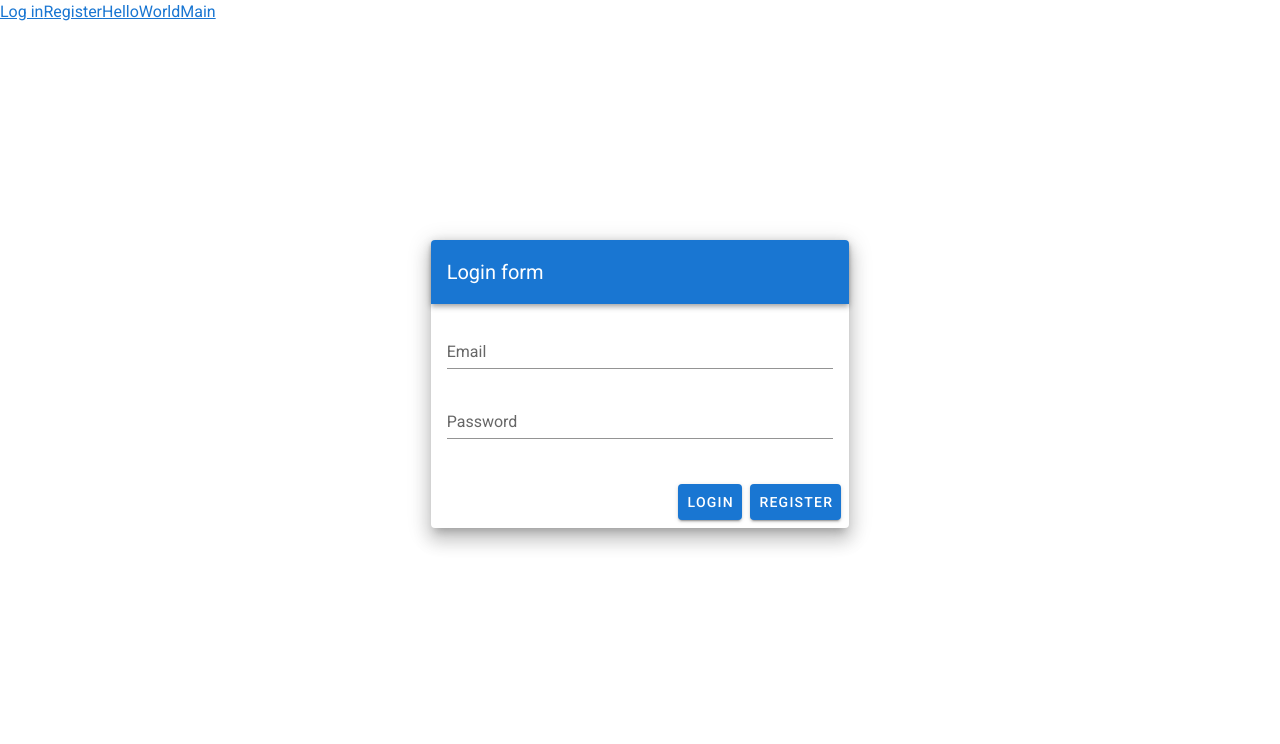
Repository: pao741/vue-todo
Page: /#/HelloWorld
These files come from the project's save history. The page is drawn as it stood at one moment and after the next save; the edit follows.
The browser window is 1280 px wide. The pictures show the whole page.
The project was rebuilt for these pictures with package versions that can differ from the ones it lists, and the page was loaded fresh each time. Also part of the build but not shown: vue.config.js.

Above is the page before, as saved 2021-02-08 19:18:50.

### src/main.js
import Vue from 'vue';
// import Vuex from 'vuex';
// import VueRouter from 'vue-router';
import App from './App.vue';
import vuetify from './plugins/vuetify';
import firebase from './plugins/firebase';
import router from './router';

import 'vuetify/dist/vuetify.min.css';

Vue.config.productionTip = false;
// Vue.use(Vuex);

new Vue({
  vuetify,
  router,
  firebase,
  render: (h) => h(App),
}).$mount('#app');

### src/App.vue
<template>
  <v-app>
    <v-main>
      <div>
        <router-link to="Login">Log in</router-link>
        <router-link to="Register">Register</router-link>
        <router-link to="HelloWorld">HelloWorld</router-link>
        <router-link to="/">Main</router-link>
        <router-view />
      </div>
    </v-main>
  </v-app>
</template>

<script>
// import Login from "./components/Login";

export default {
  name: "App",

  components: {
    // Login
  },

  data: () => ({
    //
  })
};
</script>

### src/plugins/firebase.js
import firebase from 'firebase/app';
import 'firebase/auth';

const firebaseConfig = {
  apiKey: 'AIzaSyDDoWONGwbdeV8-j0yTCmUjzBNPDUFN7Q8',
  authDomain: 'vue-todo-ae3e5.firebaseapp.com',
  projectId: 'vue-todo-ae3e5',
  storageBucket: 'vue-todo-ae3e5.appspot.com',
  messagingSenderId: '816401963007',
  appId: '1:816401963007:web:1f3f49cc385198e51af9ca',
  measurementId: 'G-G9PREJ9C9D',
};
// Initialize Firebase
firebase.initializeApp(firebaseConfig);
// firebase.analytics();
// firebase.auth().setPersistence(firebase.auth.Auth.Persistence.LOCAL);

export default firebase;

### src/router/index.js
import Vue from 'vue';
import VueRouter from 'vue-router';
import firebase from '../plugins/firebase';

import Login from '../components/Login';
import Main from '../components/Main';
import Register from '../components/Register';
import HelloWorld from '../components/HelloWorld';

Vue.use(VueRouter);

var authenticated = false;

const routes = [
  {
    path: '/HelloWorld',
    name: 'HelloWorld',
    component: HelloWorld,
    meta: {
      authenticated: true,
    },
  },
  {
    path: '/',
    name: 'Main',
    component: Main,
    meta: {
      authenticated: true,
    },
  },
  {
    path: '/login',
    name: 'Login',
    component: Login,
  },
  {
    path: '/register',
    name: 'Register',
    component: Register,
  },
];

const router = new VueRouter({
  modes: 'hash',
  routes,
});

firebase.auth().onAuthStateChanged((firebaseUser) => {
  console.log('state is changing');
  if (firebaseUser) {
    console.log('log in');
    console.log(firebaseUser);
    authenticated = true;
  } else {
    console.log('not logged in');
    authenticated = false;
    // authenticated = false;
  }
});

const beforeRouteEnter = (to, from, next) => {
  if (to.meta.authenticated) {
    if (authenticated) {
      next();
    } else {
      next({ name: 'Login' });
    }
  } else {
    next();
  }
};

router.beforeEach(beforeRouteEnter);

// beforeRouteEnter (to, from, next) {
//     getPost(to.params.id, (err, post) => {
//       next(vm => vm.setData(err, post))
//     })
//   },

Vue.$router = router;

export default router;

### src/components/Login.vue
<template>
  <v-app id="Log in">
    <v-content>
      <v-container fluid fill-height>
        <v-layout align-center justify-center>
          <v-flex xs12 sm8 md4>
            <v-card class="elevation-12">
              <v-toolbar dark color="primary">
                <v-toolbar-title>Login form</v-toolbar-title>
              </v-toolbar>
              <v-card-text>
                <v-form>
                  <v-text-field
                    v-model="email"
                    label="Email"
                    type="text"
                  ></v-text-field>
                  <v-text-field
                    v-model="password"
                    label="Password"
                    type="password"
                  ></v-text-field>
                </v-form>
              </v-card-text>
              <v-card-actions>
                <v-spacer></v-spacer>
                <v-btn color="primary" @click="login">Login</v-btn>
                <v-btn color="primary" @click="$router.push('register')"
                  >Register</v-btn
                >
              </v-card-actions>
            </v-card>
          </v-flex>
        </v-layout>
      </v-container>
    </v-content>
  </v-app>
</template>

<script>
import firebase from "firebase";

export default {
  name: "Login",
  props: {
    source: String
  },
  data() {
    return {
      email: "",
      password: ""
    };
  },
  methods: {
    login() {
      console.log(this.email);
      firebase
        .auth()
        .signInWithEmailAndPassword(this.email, this.password)
        .then(user => {
          console.log(user);
          this.$router.push("/");
        })
        .catch(error => {
          alert(error);
        });
    }
  }
};
</script>

<style></style>

### src/components/Main.vue
<template>
  <v-content>
    <v-container>
      <div>Hello World!</div>
      <v-btn color="error" @click="logOut"> Log out</v-btn>
    </v-container>
  </v-content>
</template>

<script>
import firebase from "firebase";

export default {
  //   name: "Log In"
  methods: {
    logOut() {
      firebase
        .auth()
        .signOut()
        .then(() => {
          // Sign-out successful.
          console.log("sign out successful");
          this.$router.push("login");
        })
        .catch(error => {
          // An error happened.
          alert(error);
        });
    }
  }
};
</script>

### src/components/Register.vue
<template>
  <v-app id="Register">
    <v-content>
      <v-container fluid fill-height>
        <v-layout align-center justify-center>
          <v-flex xs12 sm8 md4>
            <v-card class="elevation-12">
              <v-toolbar dark color="primary">
                <v-toolbar-title>Register form</v-toolbar-title>
              </v-toolbar>
              <v-card-text>
                <v-form>
                  <v-text-field
                    v-model="email"
                    label="Email"
                    type="text"
                  ></v-text-field>
                  <v-text-field
                    v-model="password"
                    label="Password"
                    type="password"
                  ></v-text-field>
                  <v-text-field
                    v-model="confirm"
                    label="Confirm"
                    type="password"
                  ></v-text-field>
                </v-form>
              </v-card-text>
              <v-card-actions>
                <v-spacer></v-spacer>
                <v-btn color="primary" @click="register">Register</v-btn>
                <v-btn color="primary" to="/login">Back</v-btn>
              </v-card-actions>
            </v-card>
          </v-flex>
        </v-layout>
      </v-container>
    </v-content>
  </v-app>
</template>

<script>
import firebase from "firebase";

export default {
  name: "Register",
  props: {
    source: String
  },
  data() {
    return {
      email: "",
      password: "",
      confirm: ""
    };
  },
  methods: {
    checkPassword() {
      return this.password === this.confirm;
    },
    register() {
      if (this.checkPassword) {
        console.log(this.email);
        firebase
          .auth()
          .createUserWithEmailAndPassword(this.email, this.password)
          .then(userCredential => {
            // Signed in
            console.log(userCredential.user);
            this.$router.push("login");
            // ...
          })
          .catch(error => {
            alert(error);
            // var errorCode = error.code;
            // var errorMessage = error.message;
            // ..
          });
      }
    }
  }
};
</script>

<style></style>

Loaded but not shown: public/index.html (common file); src/plugins/vuetify.js (common file); src/components/HelloWorld.vue (common file)

After the next save:
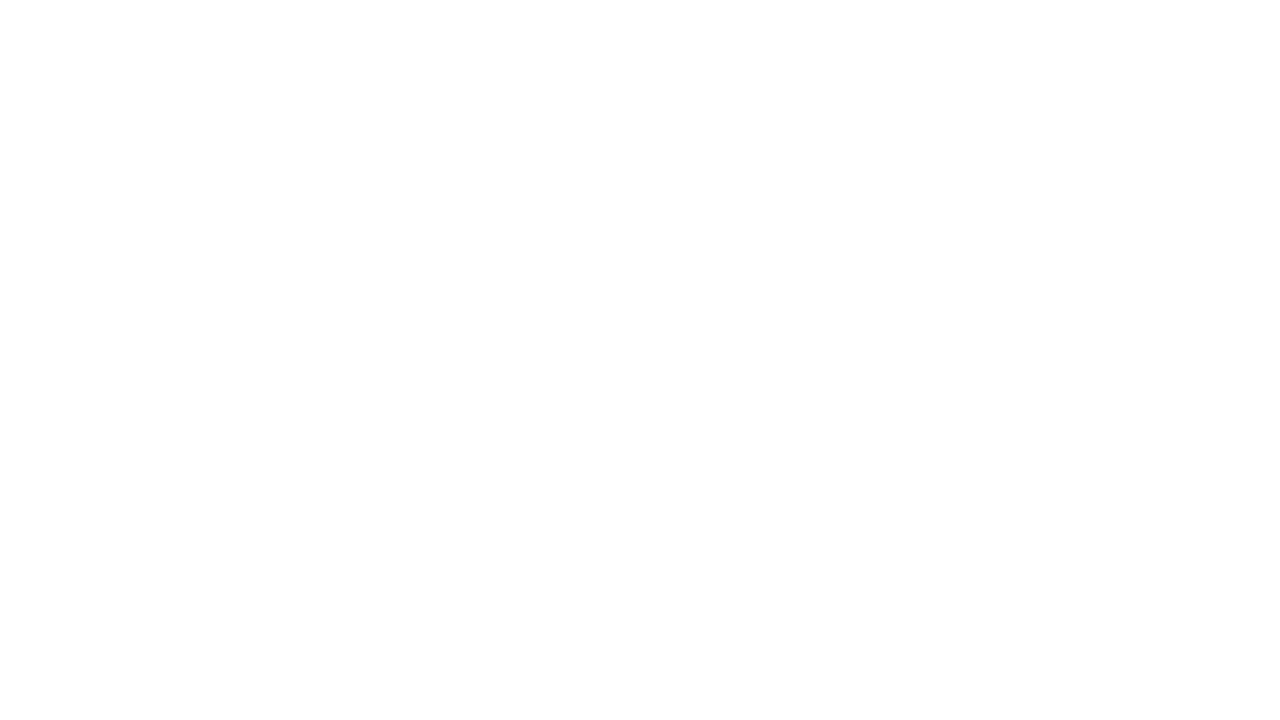
Console error: ReferenceError: store is not defined
Saved 4 min 42 s later.
--- a/src/main.js
+++ b/src/main.js
@@ -15,5 +15,6 @@ new Vue({
   vuetify,
   router,
   firebase,
+  store,
   render: (h) => h(App),
 }).$mount('#app');

After the 2 saves that followed:
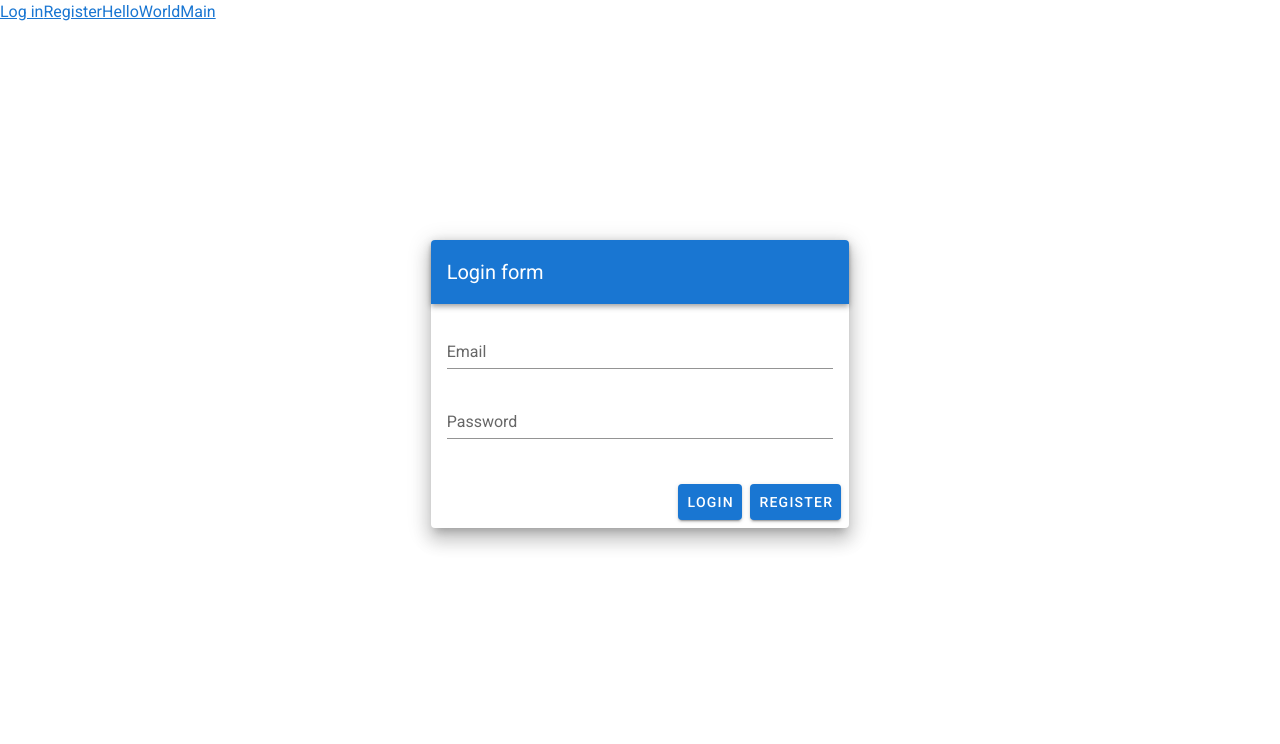
The error is gone.
The 2 saves are shown as one change because 1 left the picture as it was.
The last was saved 49 s later.
--- a/src/main.js
+++ b/src/main.js
@@ -1,5 +1,5 @@
 import Vue from 'vue';
-// import Vuex from 'vuex';
+import { store } from 'vuex';
 // import VueRouter from 'vue-router';
 import App from './App.vue';
 import vuetify from './plugins/vuetify';
